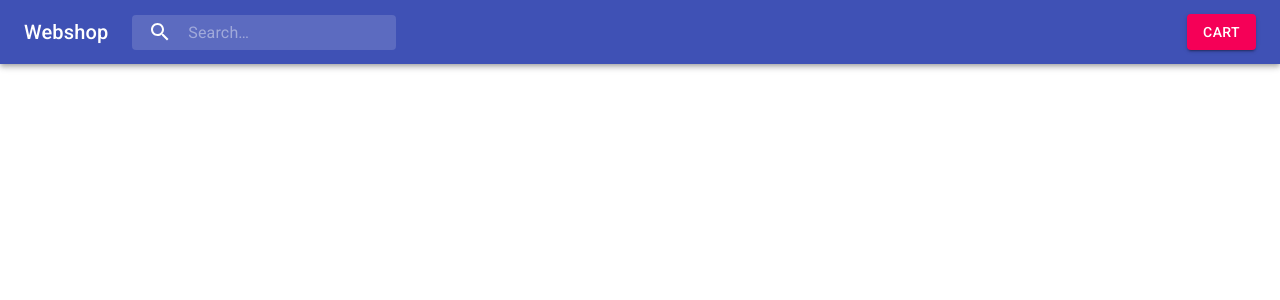
Repository: milac0/webshop
Page: /
These files come from the project's save history. The page is drawn as it stood at one moment and after a run of saves; the edit follows.
The browser window is 1280 px wide. The pictures show the whole page.
The page's requests for data from a server got no answer. The project was rebuilt for these pictures with package versions that can differ from the ones it lists, and the page was loaded fresh each time. No one was signed in, and anything a server would have sent is missing. Also part of the build but not shown: src/App.css, src/components/Product.js, src/pages/Cart.js, src/pages/Product.js, src/pages/NotFound.js.

Above is the page before, as saved 2019-11-04 15:05:09.

### public/index.html
<!DOCTYPE html>
<html lang="en">
  <head>
    <meta charset="utf-8" />
    <link rel="icon" href="%PUBLIC_URL%/favicon.ico" />
    <meta name="viewport" content="width=device-width, initial-scale=1" />
    <meta name="theme-color" content="#000000" />
    <meta
      name="description"
      content="Web site created using create-react-app"
    />
    <link rel="apple-touch-icon" href="logo192.png" />
    <!--
      manifest.json provides metadata used when your web app is installed on a
      user's mobile device or desktop. See https://developers.google.com/web/fundamentals/web-app-manifest/
    -->
    <link rel="manifest" href="%PUBLIC_URL%/manifest.json" />
    <!--
      Notice the use of %PUBLIC_URL% in the tags above.
      It will be replaced with the URL of the `public` folder during the build.
      Only files inside the `public` folder can be referenced from the HTML.

      Unlike "/favicon.ico" or "favicon.ico", "%PUBLIC_URL%/favicon.ico" will
      work correctly both with client-side routing and a non-root public URL.
      Learn how to configure a non-root public URL by running `npm run build`.
    -->
    <link rel="stylesheet" href="https://fonts.googleapis.com/css?family=Roboto:300,400,500,700&display=swap" />
    <title>Webshop</title>
  </head>
  <body>
    <noscript>You need to enable JavaScript to run this app.</noscript>
    <div id="root"></div>
    <!--
      This HTML file is a template.
      If you open it directly in the browser, you will see an empty page.

      You can add webfonts, meta tags, or analytics to this file.
      The build step will place the bundled scripts into the <body> tag.

      To begin the development, run `npm start` or `yarn start`.
      To create a production bundle, use `npm run build` or `yarn build`.
    -->
  </body>
</html>

### src/App.js
import React from "react";
import "./App.css";
import { BrowserRouter as Router, Switch, Route } from "react-router-dom";

import Home from "./pages/Home";
import Cart from './pages/Cart'
import Product from './pages/Product'
import NotFound from './pages/NotFound'
import Navbar from './components/Navbar'

function App() {

  return (
      <Router>
      <Navbar />
      <Switch>
        <Route path="/" component={Home} exact />
        <Route path="/product" component={Product} exact />
        <Route path="/cart" component={Cart} exact />
        <Route component={NotFound} />
      </Switch>
    </Router>
  );
}

export default App;

### src/pages/Home.js
import React, { useEffect, useState, Fragment } from "react";
import axios from "axios";
import Product from '../components/Product'
import { Link } from "react-router-dom";
//mui

const Home = () => {
  const [products, setProducts] = useState([]);
  useEffect(() => {
    const fetchData = async () => {
      const response = await axios.get(
        `https://api.bestbuy.com/v1/products?apiKey=${process.env.REACT_APP_API_KEY}&format=json&page=${1}`
      );
      setProducts(response.data.products);
      console.log(response.data);
    };

    fetchData();
  }, []);

  return (
    <div>
      {!products ? (
        <h5>Loading</h5>
      ) : (
        products.map((product, index) => {
            return (
                <Product key={index} product={product} />
            )
        })
      )}
    </div>
  );
};

export default Home;

### src/components/Navbar.js
import React from 'react';
import { Link } from 'react-router-dom';
//mui
import { fade, makeStyles } from '@material-ui/core/styles';
import AppBar from '@material-ui/core/AppBar';
import Toolbar from '@material-ui/core/Toolbar';
import Typography from '@material-ui/core/Typography';
import InputBase from '@material-ui/core/InputBase';
import Button from '@material-ui/core/Button';
import SearchIcon from '@material-ui/icons/Search';

const useStyles = makeStyles(theme => ({
  grow: {
    flexGrow: 1,
  },
  menuButton: {
    marginRight: theme.spacing(2),
  },
  title: {
    display: 'none',
    [theme.breakpoints.up('sm')]: {
      display: 'block',
      color: 'white',
      textDecoration: 'none'
    },
  },
  search: {
    position: 'relative',
    borderRadius: theme.shape.borderRadius,
    backgroundColor: fade(theme.palette.common.white, 0.15),
    '&:hover': {
      backgroundColor: fade(theme.palette.common.white, 0.25),
    },
    marginRight: theme.spacing(2),
    marginLeft: 0,
    width: '100%',
    [theme.breakpoints.up('sm')]: {
      marginLeft: theme.spacing(3),
      width: 'auto',
    },
  },
  searchIcon: {
    width: theme.spacing(7),
    height: '100%',
    position: 'absolute',
    pointerEvents: 'none',
    display: 'flex',
    alignItems: 'center',
    justifyContent: 'center',
  },
  inputRoot: {
    color: 'inherit',
  },
  inputInput: {
    padding: theme.spacing(1, 1, 1, 7),
    transition: theme.transitions.create('width'),
    width: '100%',
    [theme.breakpoints.up('md')]: {
      width: 200,
    },
  }
}));

const Navbar = () => {
  const classes = useStyles();

  return (
    <div className={classes.grow}>
      <AppBar position="static">
        <Toolbar>
          <Typography className={classes.title} variant="h6" noWrap component={Link} to="/">
            Webshop
          </Typography>
          <div className={classes.search}>
            <div className={classes.searchIcon}>
              <SearchIcon />
            </div>
            <InputBase
              placeholder="Search…"
              classes={{
                root: classes.inputRoot,
                input: classes.inputInput,
              }}
              inputProps={{ 'aria-label': 'search' }}
            />
          </div>
          <div className={classes.grow} />
              <Button variant="contained" color="secondary" component={Link} to="/cart">Cart</Button>
        </Toolbar>
      </AppBar>
    </div>
  );
}

export default Navbar;

Loaded but not shown: src/index.js (common file); src/index.css (common file)

After the next 2 saves:
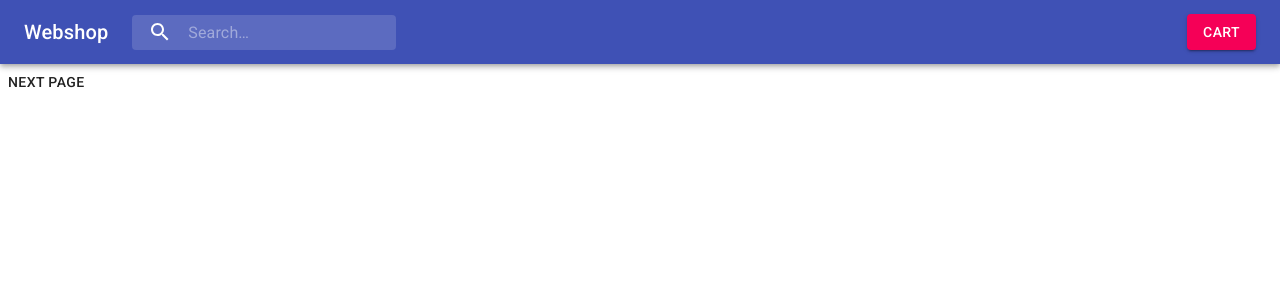
The 2 saves are shown as one change because 1 did not build or start.
The last was saved 2 min 26 s later.
--- a/src/pages/Home.js
+++ b/src/pages/Home.js
@@ -3,13 +3,15 @@ import axios from "axios";
 import Product from '../components/Product'
 import { Link } from "react-router-dom";
 //mui
+import Button from '@material-ui/core/Button'
 
 const Home = () => {
   const [products, setProducts] = useState([]);
+  const [page, setPage] = useState(1)
   useEffect(() => {
     const fetchData = async () => {
       const response = await axios.get(
-        `https://api.bestbuy.com/v1/products?apiKey=${process.env.REACT_APP_API_KEY}&format=json&page=${1}`
+        `https://api.bestbuy.com/v1/products?apiKey=${process.env.REACT_APP_API_KEY}&format=json&page=${page}`
       );
       setProducts(response.data.products);
       console.log(response.data);
@@ -17,6 +19,10 @@ const Home = () => {
 
     fetchData();
   }, []);
+
+  const handleClick = () => {
+      setPage(page+1)
+  }
 
   return (
     <div>
@@ -29,6 +35,7 @@ const Home = () => {
             )
         })
       )}
+      <Button onClick={handleClick}>next page</Button>
     </div>
   );
 };
